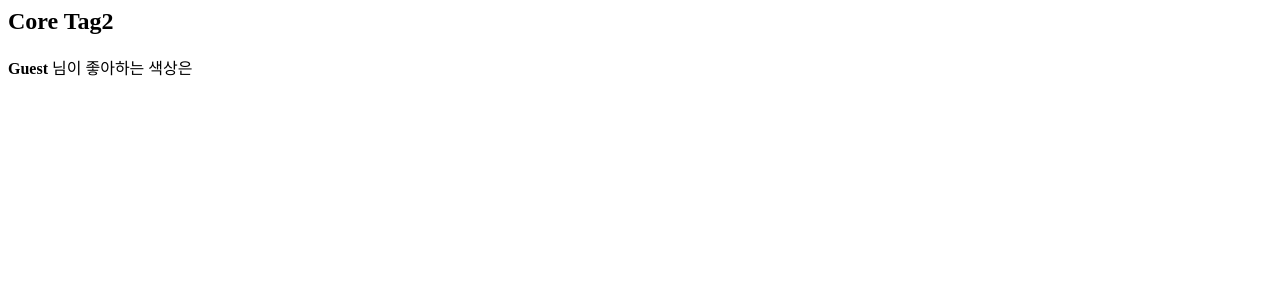
Repository: zboizz/JAVA_practice
Page: http://localhost/myapp/jstl/coreTag2.jsp
An editor plug-in stored every save of this project. The page is shown before and after the next save, followed by the edit.
The browser window is 1280 px wide. The pictures show the whole page.
The page is served by Tomcat 9. Nobody is signed in. The application's start-up code is not run.

Above is the page before, as saved 2020-01-02 06:08:53.

After the next save:
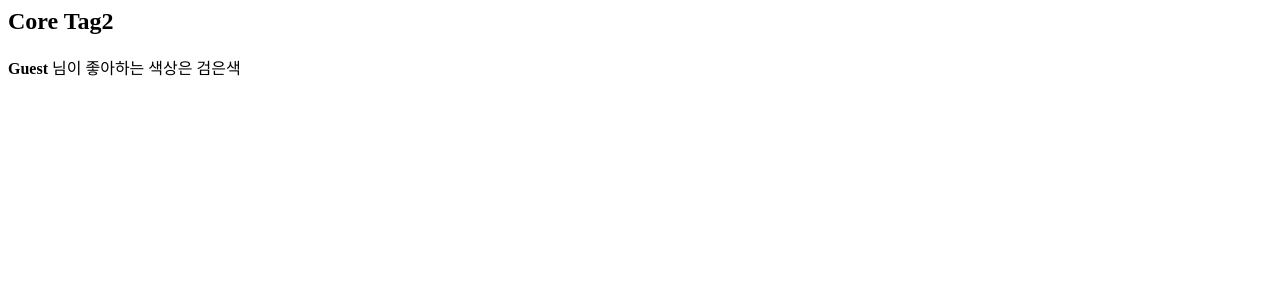
Saved 6 s later.
--- a/myapp/WebContent/jstl/coreTag2.jsp
+++ b/myapp/WebContent/jstl/coreTag2.jsp
@@ -29,4 +29,4 @@
 		<c:set var="c" value="검은색"/>
 	</c:otherwise>
 </c:choose>
-님이 좋아하는 색상은 <font color="${param.color}"></font>
+님이 좋아하는 색상은 <font color="${param.color}">${c}</font>
